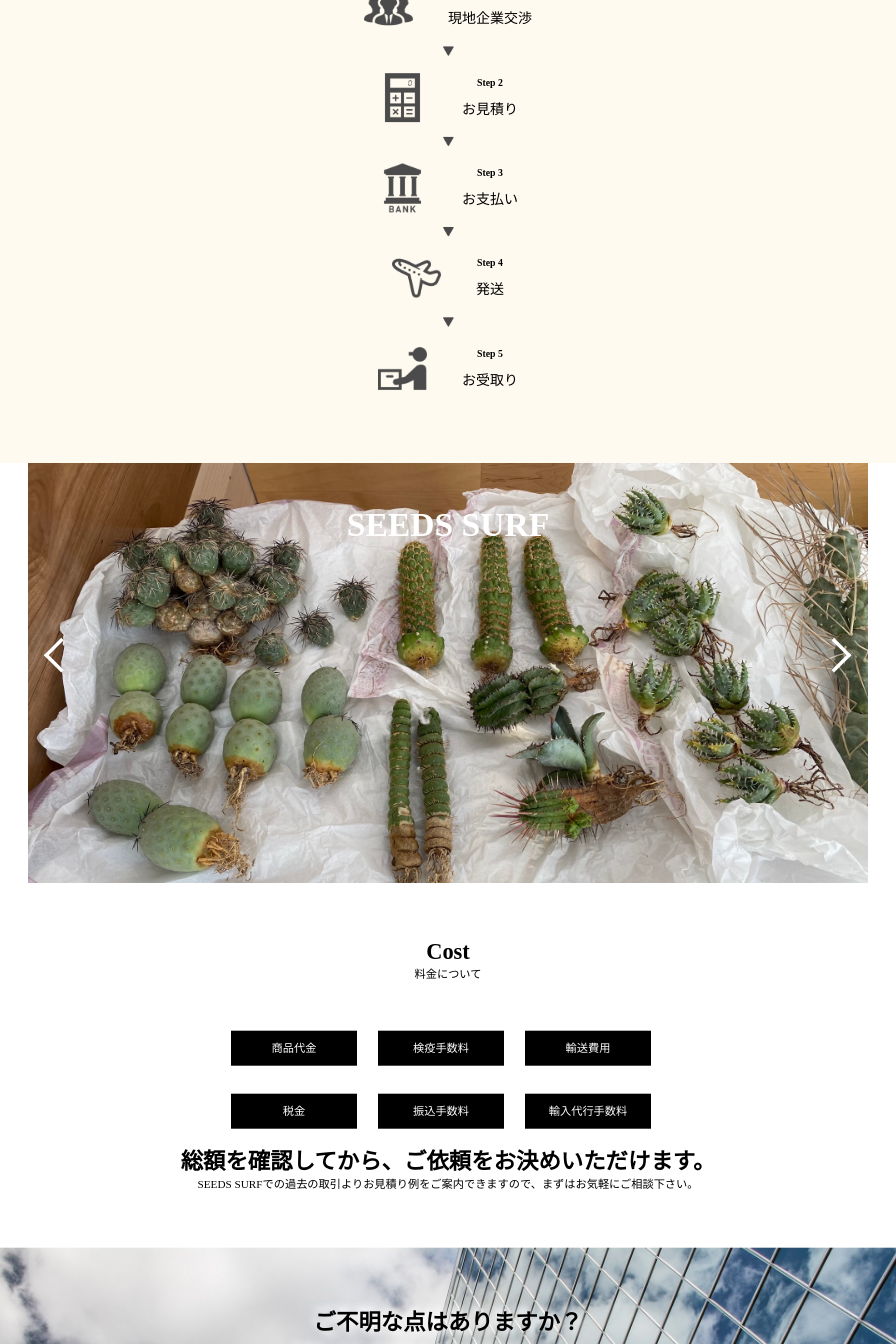
Repository: Seiya00002/seeds-surf-lp
Page: index.html
An editor plug-in stored every save of this project. The page is shown before and after the next save, followed by the edit.
The browser window is 1280 px wide. The pictures show the part of the page from y = 1479 to 3399 px (the page is 4263 px tall), at 70% of full size.

Above is the page before, as saved 2023-07-19 07:58:18.

After the next save:
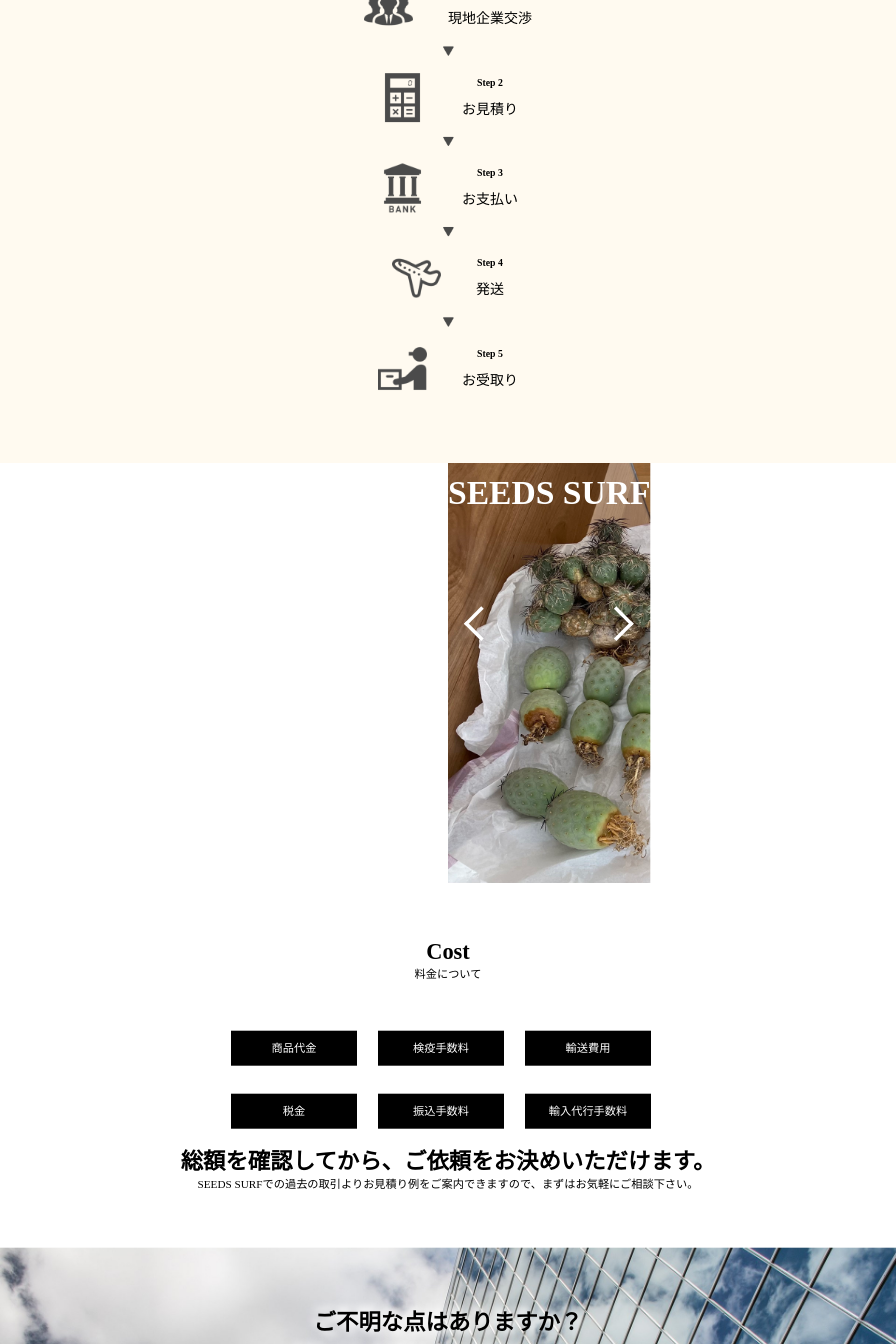
Saved 12 min 34 s later.
--- a/css/style.css
+++ b/css/style.css
@@ -327,9 +327,12 @@
     height: 600px;
     margin: auto;
     text-align: center;
+    position: relative;
 }
 /*画像配置*/
 .slideshow{
+    position: absolute;
+    left: 50%;
     max-width: 100%;
     height: 100%;
     background-image: url(../img/import-img1.jpg);

After the save that followed:
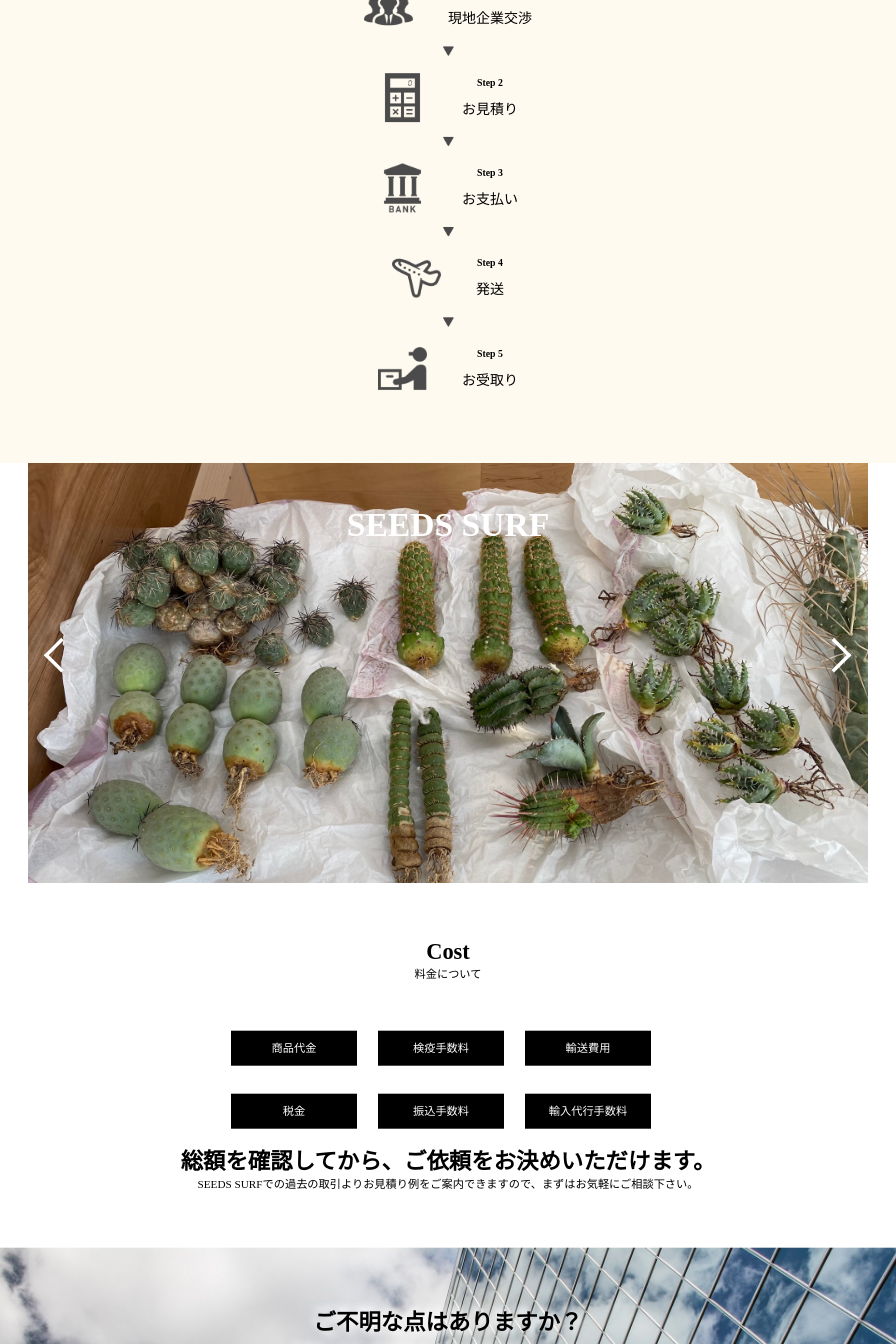
Saved 25 s later.
--- a/css/style.css
+++ b/css/style.css
@@ -327,12 +327,9 @@
     height: 600px;
     margin: auto;
     text-align: center;
-    position: relative;
 }
 /*画像配置*/
 .slideshow{
-    position: absolute;
-    left: 50%;
     max-width: 100%;
     height: 100%;
     background-image: url(../img/import-img1.jpg);
